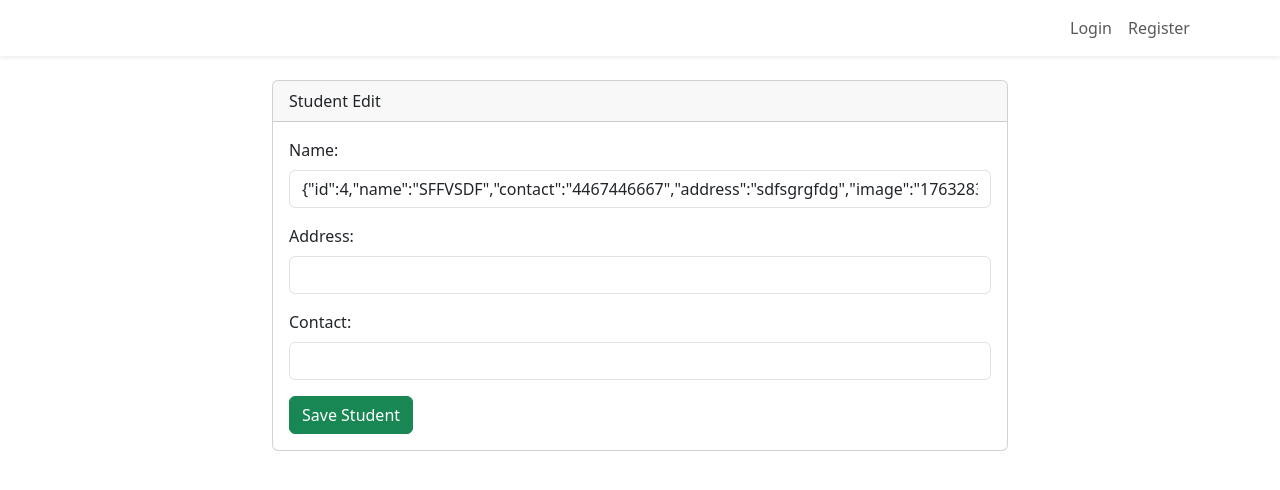
Repository: kunwarganesh07/Example
Page: http://localhost/student/edit/4
These files come from the project's save history. The page is drawn as it stood at one moment and after a run of saves; the edit follows.
The browser window is 1280 px wide. The pictures show the whole page.
The page is served by the project's Laravel application, run on PHP 8.4 with Laravel 12. The database holds what the project's SQL file puts in it.

Above is the page before, as saved 2025-11-14 14:31:21.

After the next 3 saves:
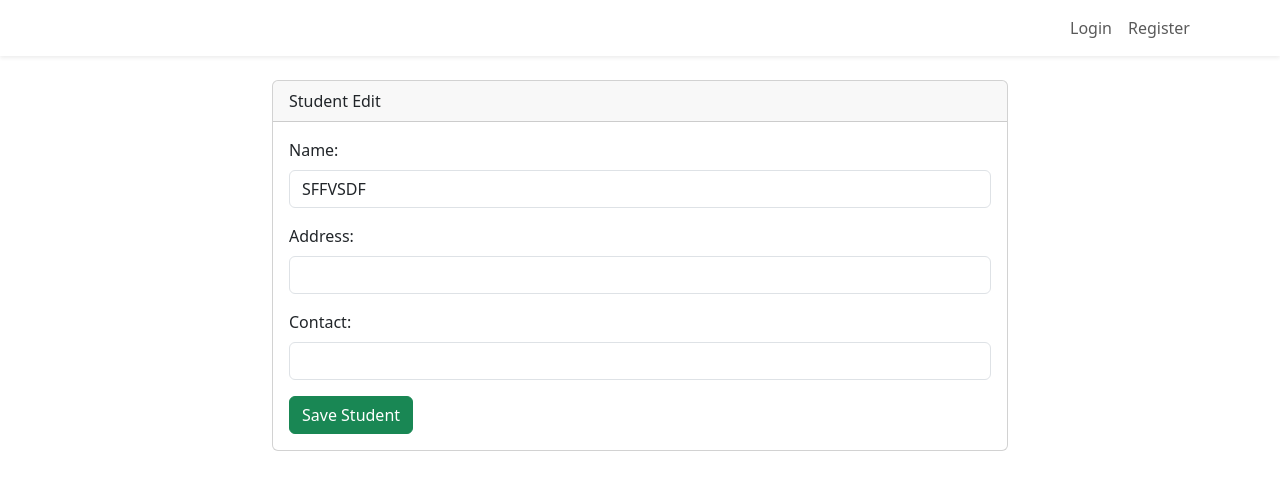
The 3 saves are shown as one change because they came seconds apart.
The last was saved 9 s later.
--- a/resources/views/student/edit.blade.php
+++ b/resources/views/student/edit.blade.php
@@ -13,7 +13,7 @@
                             @csrf
                             <div class="mb-3">
                                 <label for="name" class="form-label">Name:</label>
-                                <input type="text" name="name" class="form-control" value="{{ $student }}" required>
+                                <input type="text" name="name" class="form-control" value="{{ $student->name }}" required>
                             </div>
 
                             <div class="mb-3">
